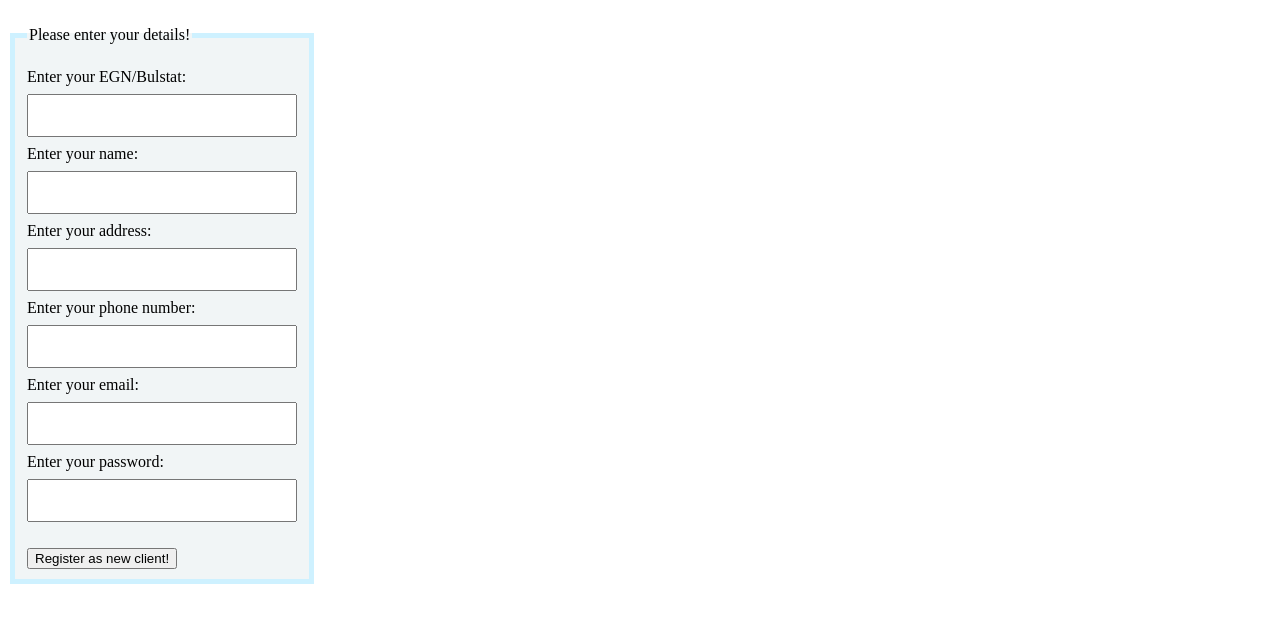
Repository: A-Mitev/E-Banking_Team_Project
Page: http://localhost/FiBank/WEB-INF/views/jsp/Register.jsp
The author's editor kept a copy of each file at every save. The page is drawn from the files as they stood at one save, then again after the next save.
The browser window is 1280 px wide. The pictures show the whole page.
The page is served by Tomcat 9. Nobody is signed in. Other server files are loaded and not shown. The template is opened directly, without the code that normally fills it, so the values that code supplies are empty.

Above is the page before, as saved 2016-04-07 07:50:23.

### FiBank/src/main/webapp/WEB-INF/views/jsp/Register.jsp
<%@page import="javax.servlet.descriptor.TaglibDescriptor"%>
<%@ page language="java" contentType="text/html; charset=UTF-8"
	pageEncoding="UTF-8"%>
<%@ taglib prefix="springForm" uri="http://www.springframework.org/tags/form" %>
<!DOCTYPE html PUBLIC "-//W3C//DTD HTML 4.01 Transitional//EN" "http://www.w3.org/TR/html4/loose.dtd">
<html>
<head>
<style>
fieldset{
width:270px;
border: 5px solid #cef1ff;
background: #f1f5f6
}
.error {
    color: #ff0000;
    font-style: italic;
    font-weight: bold;
}

input[type=text] {
    width: 100%;
    padding: 12px 20px;
    margin: 8px 0;
    box-sizing: border-box;
}
</style>
<meta http-equiv="Content-Type" content="text/html; charset=UTF-8">
<title>Register Page</title>
</head>
<body>
	 ${text}
	<br />
	<springForm:form method="post" commandName="user" >
	<fieldset>
		<legend>Please enter your details!</legend>
		<br/>
		<label>Enter your EGN/Bulstat:</label>
		<springForm:input type="text" path="id" />
		<springForm:errors path="id" cssClass="error" />
		<br />
		<label>Enter your name:</label>
		<springForm:input type="text" path="name" />
		<springForm:errors path="name" cssClass="error" />
		<br />
		<label>Enter your address:</label>
		<springForm:input type="text" path="address" />
		<springForm:errors path="address" cssClass="error" />
		<br />
		<label>Enter your phone number:</label>
		<springForm:input type="text" path="phone" />
		<springForm:errors path="phone" cssClass="error" />
		<br />
		<label>Enter your email:</label>
		<springForm:input type="text" path="email" />
		<springForm:errors path="email" cssClass="error" />
		<br />
		<label>Enter your password:</label>
		<springForm:password type="text" path="password" />
		<springForm:errors path="password" cssClass="error" />
		<br />
		<br />
		<input type="submit" value="Register as new client!" />
		</fieldset>
	</springForm:form>
</body>
</html>

After the next save:
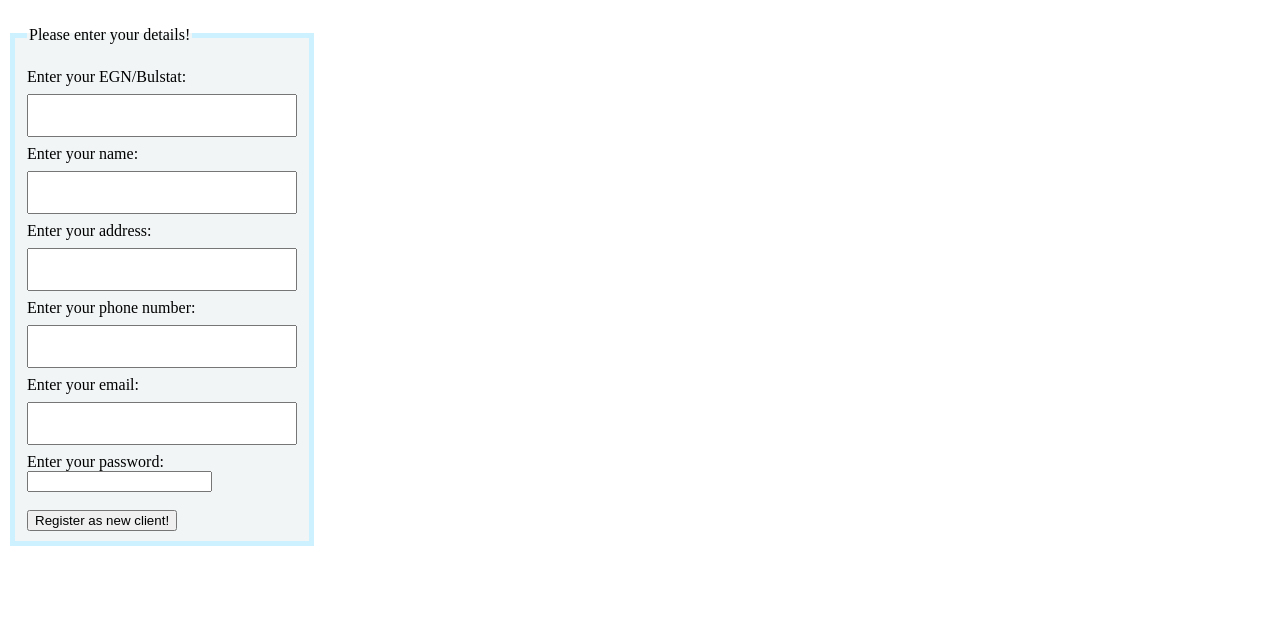
Saved 3 min 48 s later.
--- a/FiBank/src/main/webapp/WEB-INF/views/jsp/Register.jsp
+++ b/FiBank/src/main/webapp/WEB-INF/views/jsp/Register.jsp
@@ -55,7 +55,7 @@ input[type=text] {
 		<springForm:errors path="email" cssClass="error" />
 		<br />
 		<label>Enter your password:</label>
-		<springForm:password type="text" path="password" />
+		<springForm:password path="password" />
 		<springForm:errors path="password" cssClass="error" />
 		<br />
 		<br />
